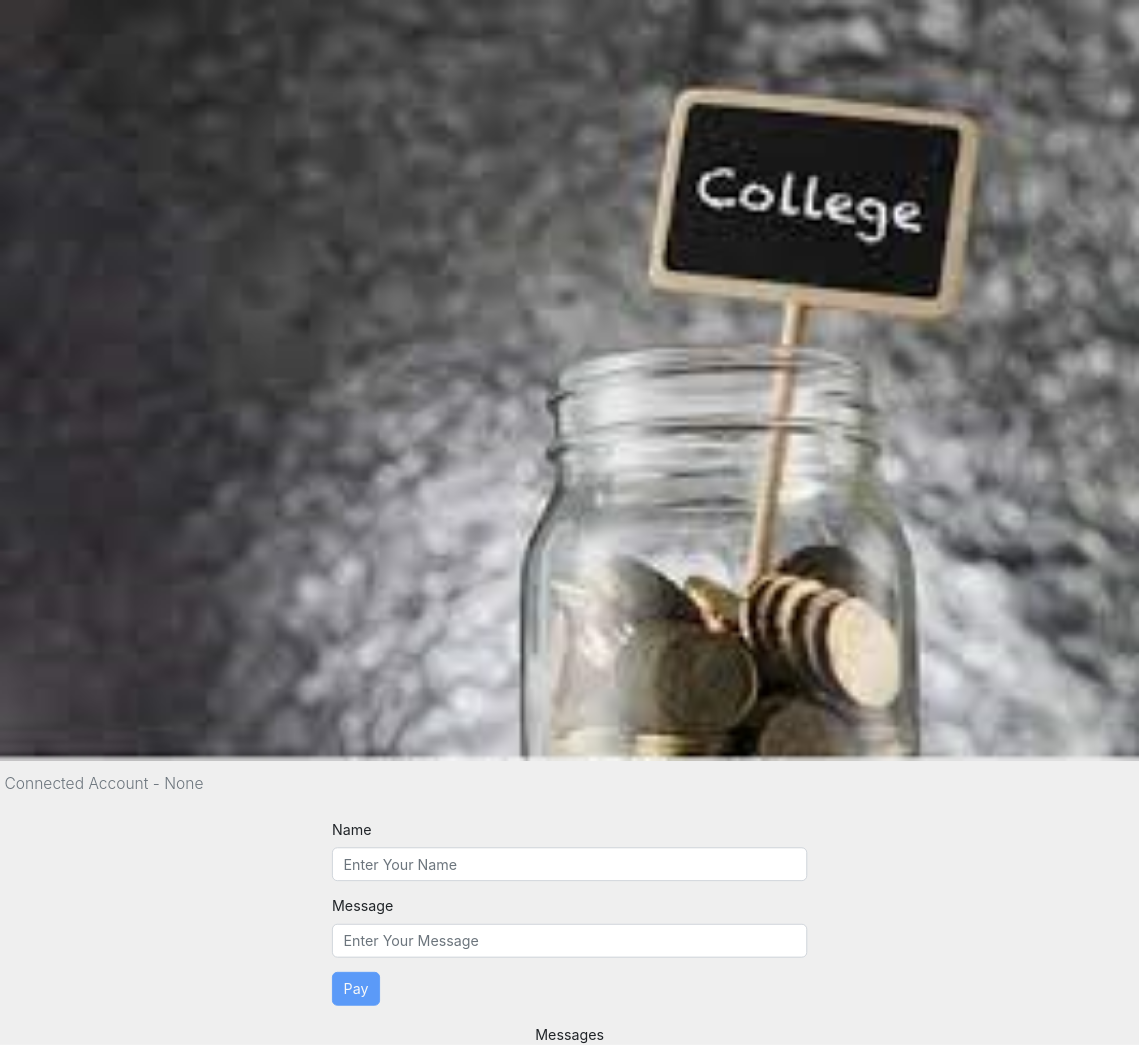
Repository: aman0801/Donation_Dapp
Page: / (app in client/)
An editor plug-in stored every save of this project. The page is shown before and after a run of saves, followed by the edit.
The browser window is 1280 px wide. The pictures show the whole page, at 89% of full size.
The project was rebuilt for these pictures with package versions that can differ from the ones it lists, and the page was loaded fresh each time. Also part of the build but not shown: client/src/App.css.

Above is the page before, as saved 2023-01-02 12:08:09.

### client/public/index.html
<!DOCTYPE html>
<html lang="en">
  <head>
    <meta charset="utf-8" />
    <link rel="icon" href="%PUBLIC_URL%/favicon.ico" />
    <meta name="viewport" content="width=device-width, initial-scale=1" />
    <meta name="theme-color" content="#000000" />
    <meta
      name="description"
      content="Web site created using create-react-app"
    />
    <link rel="apple-touch-icon" href="%PUBLIC_URL%/logo192.png" />
    <!--
      manifest.json provides metadata used when your web app is installed on a
      user's mobile device or desktop. See https://developers.google.com/web/fundamentals/web-app-manifest/
    -->
    <link rel="manifest" href="%PUBLIC_URL%/manifest.json" />
    <!--
      Notice the use of %PUBLIC_URL% in the tags above.
      It will be replaced with the URL of the `public` folder during the build.
      Only files inside the `public` folder can be referenced from the HTML.
      Unlike "/favicon.ico" or "favicon.ico", "%PUBLIC_URL%/favicon.ico" will
      work correctly both with client-side routing and a non-root public URL.
      Learn how to configure a non-root public URL by running `npm run build`.
    -->
    <title>React App</title>
    <link href="https://cdn.jsdelivr.net/npm/bootstrap@5.2.3/dist/css/bootstrap.min.css" rel="stylesheet" integrity="sha384-rbsA2VBKQhggwzxH7pPCaAqO46MgnOM80zW1RWuH61DGLwZJEdK2Kadq2F9CUG65" crossorigin="anonymous">
  </head>
  </head>
  <body>
    <noscript>You need to enable JavaScript to run this app.</noscript>
    <div id="root"></div>
    <!--
      This HTML file is a template.
      If you open it directly in the browser, you will see an empty page.
      You can add webfonts, meta tags, or analytics to this file.
      The build step will place the bundled scripts into the <body> tag.
      To begin the development, run `npm start` or `yarn start`.
      To create a production bundle, use `npm run build` or `yarn build`.
    -->
    <script src="https://cdn.jsdelivr.net/npm/bootstrap@5.2.3/dist/js/bootstrap.bundle.min.js" integrity="sha384-kenU1KFdBIe4zVF0s0G1M5b4hcpxyD9F7jL+jjXkk+Q2h455rYXK/7HAuoJl+0I4" crossorigin="anonymous"></script>
  </body>
</html>

### client/src/App.js
import abi from "./contract/chai.json";
import { useState, useEffect } from "react";
import { ethers } from "ethers";
import Buy from "./components/Buy";
import Memos from "./components/Memos";
import clg from "./clg.png";
import "./App.css";

function App() {
  const [state, setState] = useState({
    provider: null,
    signer: null,
    contract: null,
  });
  const [account, setAccount] = useState("None");
  useEffect(() => {
    const connectWallet = async () => {
      const contractAddress = "0x270fb779aCA6E06Dc7f5aB84033598Ca9f06cC02";
      const contractABI = abi.abi;
      try {
        const { ethereum } = window;

        if (ethereum) {
          const account = await ethereum.request({
            method: "eth_requestAccounts",
          });

          window.ethereum.on("chainChanged", () => {
            window.location.reload();
          });

          window.ethereum.on("accountsChanged", () => {
            window.location.reload();
          });

          const provider = new ethers.providers.Web3Provider(ethereum);
          const signer = provider.getSigner();
          const contract = new ethers.Contract(
            contractAddress,
            contractABI,
            signer
          );
          setAccount(account);
          setState({ provider, signer, contract });
        } else {
          alert("Please install metamask");
        }
      } catch (error) {
        console.log(error);
      }
    };
    connectWallet();
  }, []);
  // console.log(state);
  return (
    <div style={{ backgroundColor: "#EFEFEF", height: "100%" }}>
      <img src={clg} className="img-fluid" alt=".." width="100%" />
      <p
        class="text-muted lead "
        style={{ marginTop: "10px", marginLeft: "5px" }}
      >
        <small>Connected Account - {account}</small>
      </p>
      <div className="container">
        <Buy state={state} />
        <Memos state={state} />
      </div>
    </div>
  );
}

export default App;

### client/src/components/Buy.js
import { ethers } from "ethers";
const Buy = ({ state }) => {
  const buyChai = async (event) => {
    event.preventDefault();
    const { contract } = state;
    const name = document.querySelector("#name").value;
    const message = document.querySelector("#message").value;
    console.log(name, message, contract);
    const amount = { value: ethers.utils.parseEther("0.001") };
    const transaction = await contract.buyChai(name, message, amount);
    await transaction.wait();
    console.log("Transaction is done");
  };
  return (
    <>
      <div className="container-md" style={{ width: "50%", marginTop: "25px" }}>
        <form onSubmit={buyChai}>
          <div className="mb-3">
            <label className="form-label">Name</label>
            <input
              type="text"
              className="form-control"
              id="name"
              placeholder="Enter Your Name"
            />
          </div>
          <div className="mb-3">
            <label className="form-label">Message</label>
            <input
              type="text"
              className="form-control"
              id="message"
              placeholder="Enter Your Message"
            />
          </div>
          <button
            type="submit"
            className="btn btn-primary"
            disabled={!state.contract}
          >
            Pay
          </button>
        </form>
      </div>
    </>
  );
};
export default Buy;

### client/src/components/Memos.js
import { useState, useEffect } from "react";
const Memos = ({ state }) => {
  const [memos, setMemos] = useState([]);
  const { contract } = state;

  useEffect(() => {
    const memosMessage = async () => {
      const memos = await contract.getMemos();
      setMemos(memos);
    };
    contract && memosMessage();
  }, [contract]);

  return (
    <>
      <p style={{ textAlign: "center", marginTop: "20px" }}>Messages</p>
      {memos.map((memo) => {
        return (
          <div
            className="container-fluid"
            style={{ width: "100%" }}
            key={Math.random()}
          >
            <table
              style={{
                marginBottom: "10px",
              }}
            >
              <tbody>
                <tr>
                  <td
                    style={{
                      backgroundColor: "#96D4D4",
                      border: "1px solid white",
                      borderCollapse: "collapse",
                      padding: "7px",
                      width: "100px",
                    }}
                  >
                    {memo.name}
                  </td>
                  <td
                    style={{
                      backgroundColor: "#96D4D4",
                      border: "1px solid white",
                      borderCollapse: "collapse",
                      padding: "7px",
                      width: "800px",
                    }}
                  >
                    {new Date(memo.timestamp * 1000).toLocaleString()}
                  </td>
                  <td
                    style={{
                      backgroundColor: "#96D4D4",
                      border: "1px solid white",
                      borderCollapse: "collapse",
                      padding: "7px",
                      width: "300px",
                    }}
                  >
                    {memo.message}
                  </td>
                  <td
                    style={{
                      backgroundColor: "#96D4D4",
                      border: "1px solid white",
                      borderCollapse: "collapse",
                      padding: "7px",
                      width: "400px",
                    }}
                  >
                    {memo.from}
                  </td>
                </tr>
              </tbody>
            </table>
          </div>
        );
      })}
    </>
  );
};
export default Memos;

Loaded but not shown: client/src/index.js (common file); client/src/index.css (common file); client/src/reportWebVitals.js (common file); client/src/contract/chai.json (69 lines, source omitted)

After the next 3 saves:
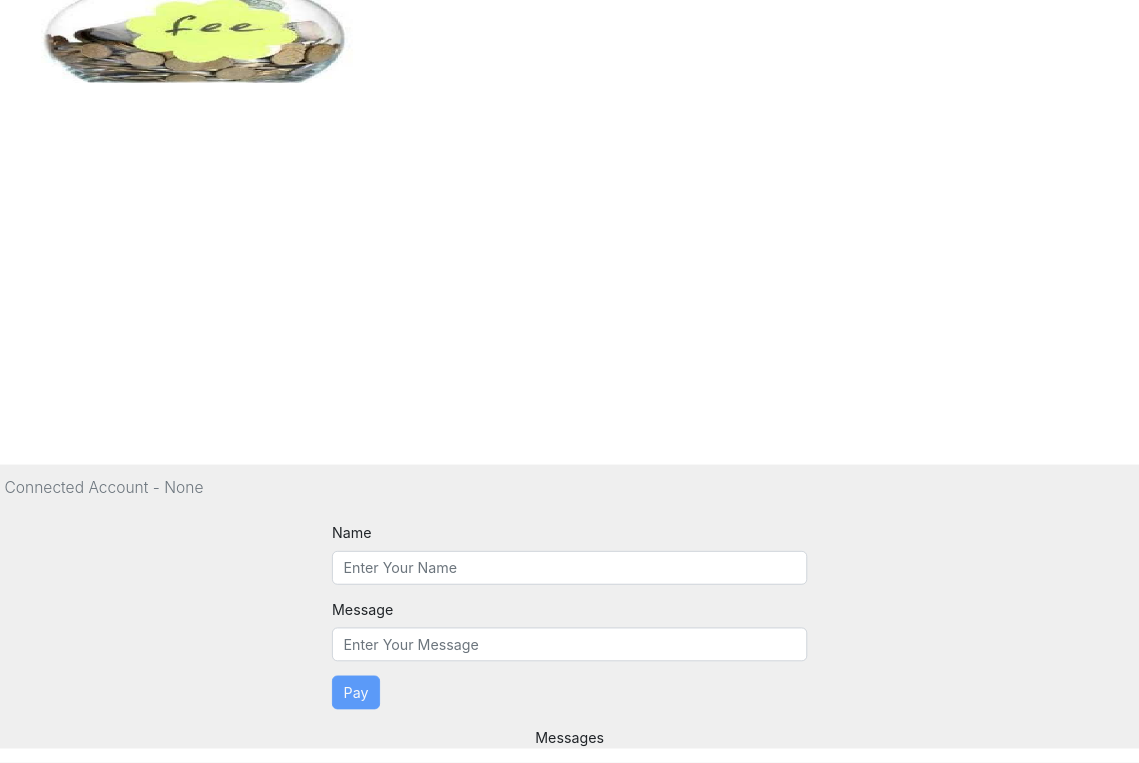
The 3 saves are shown as one change because they came seconds apart.
The last was saved 6 min 48 s later.
--- a/client/src/App.js
+++ b/client/src/App.js
@@ -3,7 +3,7 @@
 import { ethers } from "ethers";
 import Buy from "./components/Buy";
 import Memos from "./components/Memos";
-import clg from "./clg.png";
+import clg from "./clg_2.png";
 import "./App.css";
 
 function App() {

After the 5 saves that followed:
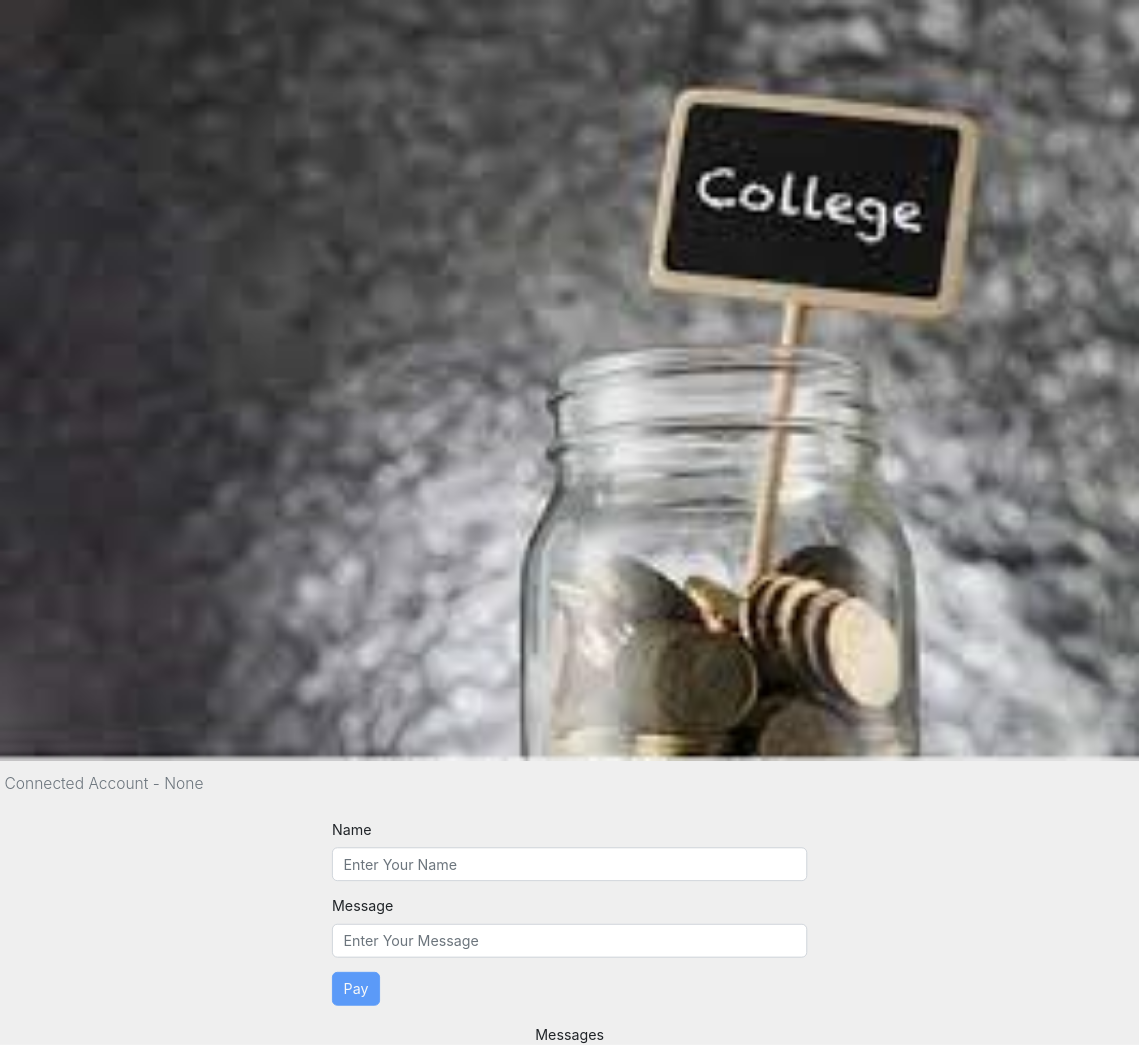
The 5 saves are shown as one change because 2 did not build or start and 1 left the picture as it was and some came seconds apart.
The last was saved 59 s later.
--- a/client/src/App.js
+++ b/client/src/App.js
@@ -3,7 +3,7 @@
 import { ethers } from "ethers";
 import Buy from "./components/Buy";
 import Memos from "./components/Memos";
-import clg from "./clg_2.png";
+import clg from "./clg.png";
 import "./App.css";
 
 function App() {
